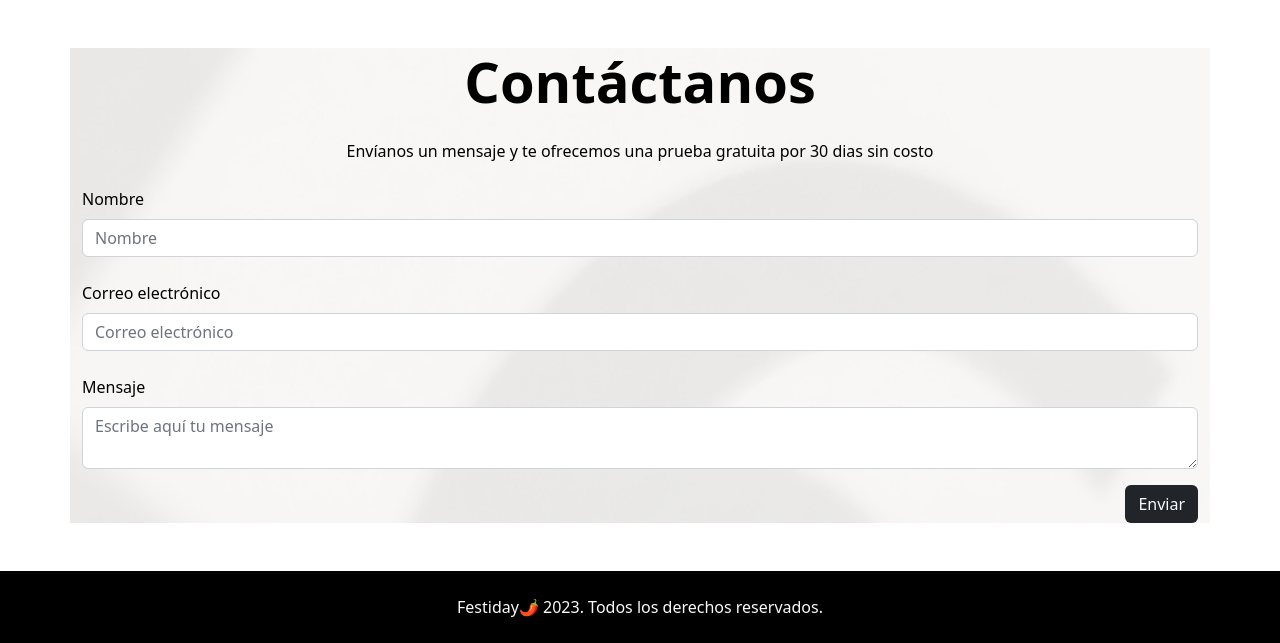
Repository: cvalenciapatagonia/Desafio-4-React-I
Page: /
An editor plug-in stored every save of this project. The page is shown before and after the next save, followed by the edit.
The browser window is 1280 px wide. The pictures show the part of the page from y = 1432 to 2075 px (the page is 2075 px tall).
The page's requests for data from a server got no answer. The project was rebuilt for these pictures with package versions that can differ from the ones it lists, and the page was loaded fresh each time. No one was signed in, and anything a server would have sent is missing. Also part of the build but not shown: vite.config.js, src/App.css.

Above is the page before, as saved 2023-09-08 15:43:06.

After the next save:
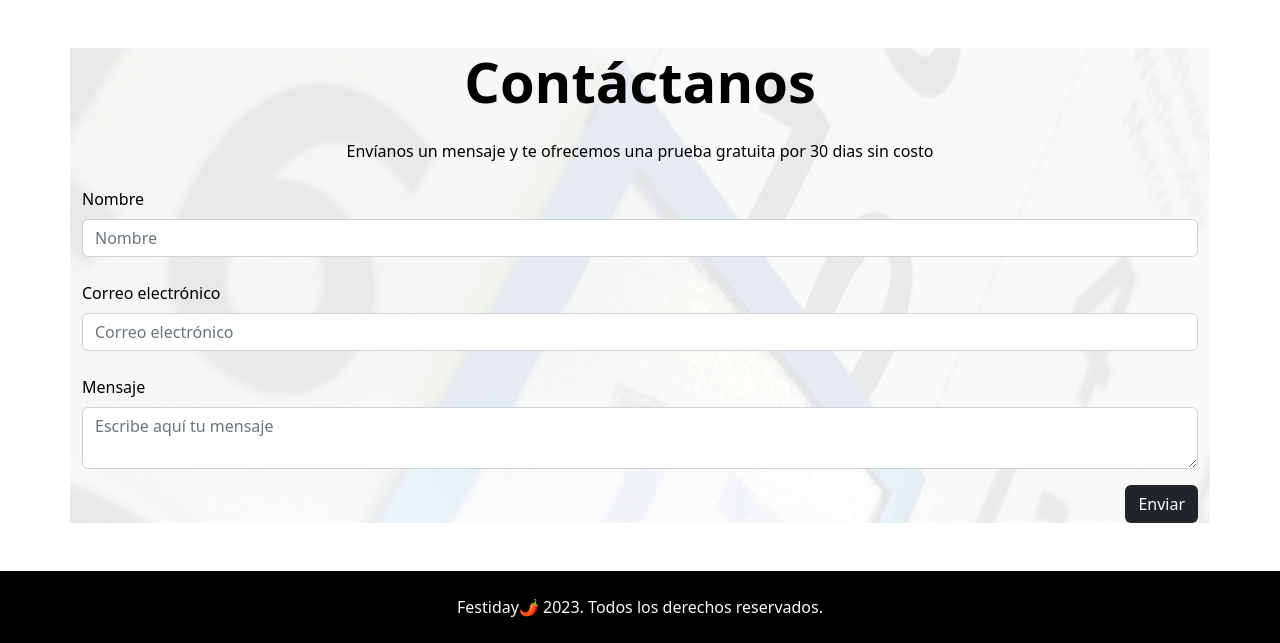
Saved 24 s later.
--- a/src/index.css
+++ b/src/index.css
@@ -65,6 +65,9 @@ table th {
 #Contacto {
   color: black;
   background-image: url(./assets/img/bg2.jpg);
+  background-repeat: no-repeat;
+  background-size: cover;
+  background-position: left;
 }
 
 footer {
